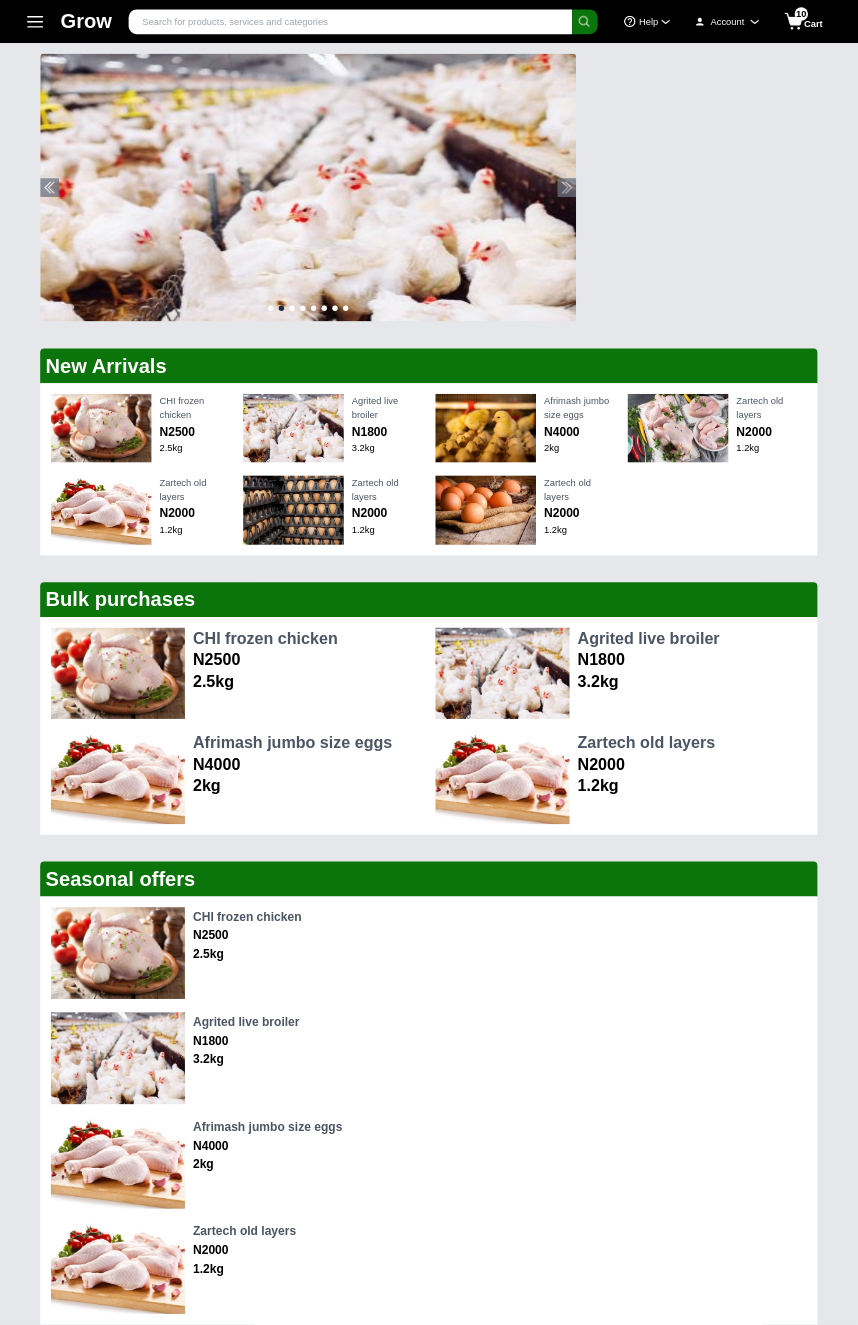
Repository: IssaMuiz/ifarmstock
Page: /
The author's editor kept a copy of each file at every save. The page is drawn from the files as they stood at one save, then again after the next save.
The browser window is 1280 px wide. The pictures show the whole page, at 67% of full size.
The project was rebuilt for these pictures with package versions that can differ from the ones it lists, and the page was loaded fresh each time. The framework's server and built-in components were replaced by stand-ins that run in the browser. Also part of the build but not shown: next.config.mjs.

Above is the page before, as saved 2024-08-31 05:53:29.

After the next save:
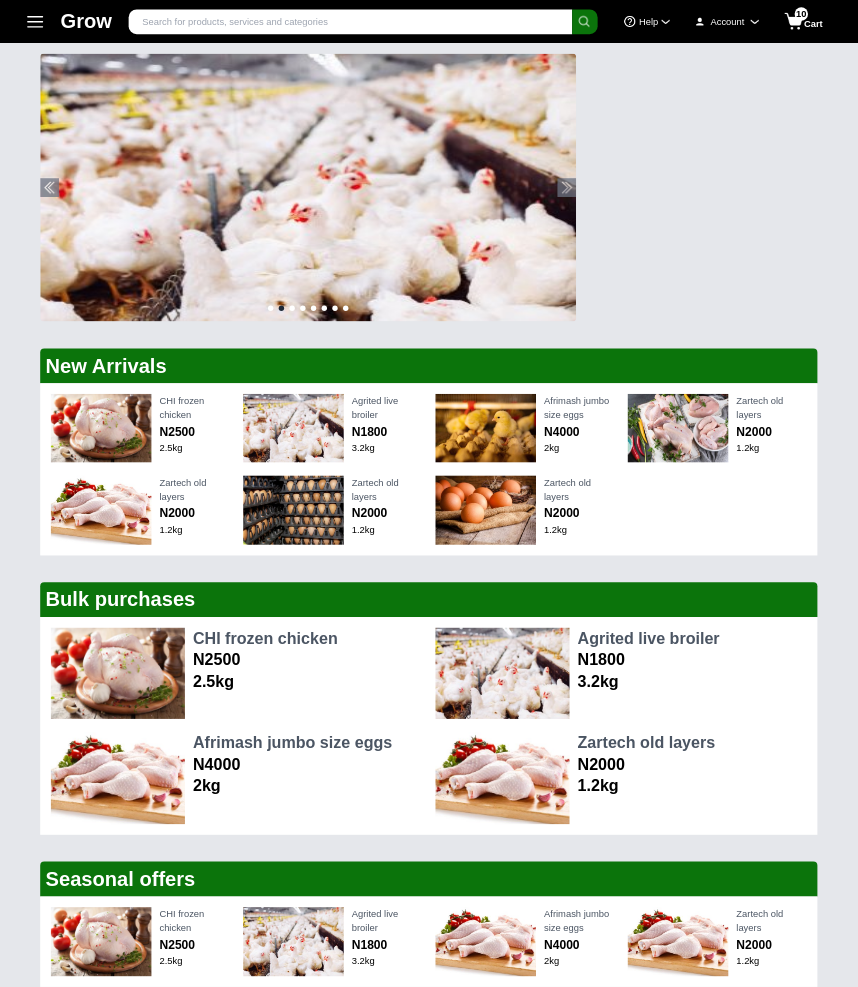
Saved 118 s later.
--- a/components/seasonalCards.tsx
+++ b/components/seasonalCards.tsx
@@ -3,13 +3,15 @@ import seasonalCards from "@/models/seasonalCards.json";
 const SeasonalCards = () => {
   return (
     <div className="bg-white h-auto p-4">
-      <div className="grid grid-rows-4 gap-5">
+      <div className="grid grid-cols-4 gap-5">
         {seasonalCards.map((product, index) => (
           <div key={index} className="flex gap-3">
-            <Image src={product.image} alt="poultry" width={200} height={200} />
-            <div className="text-lg font-semibold">
-              <p className="text-gray-600">{product.name}</p>
-              <p>N{product.Price}</p>
+            <Image src={product.image} alt="poultry" width={150} height={150} />
+            <div className="text-md">
+              <p content="" className="text-gray-600">
+                {product.name}
+              </p>
+              <p className="font-semibold text-lg">N{product.Price}</p>
               <p>{product.weight}</p>
             </div>
           </div>
